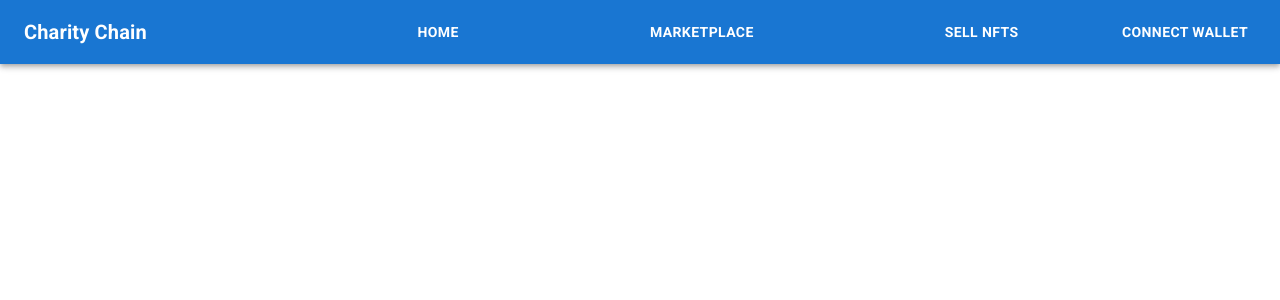
Repository: seanwjcho/charity-chain
Page: /
The author's editor kept a copy of each file at every save. The page is drawn from the files as they stood at one save, then again after the next save.
The browser window is 1280 px wide. The pictures show the whole page.
The project was rebuilt for these pictures with package versions that can differ from the ones it lists, and the page was loaded fresh each time. Also part of the build but not shown: src/App.css, src/components/NFTTile.js, src/components/Profile.js, src/components/NFT.js, src/App.js.

Above is the page before, as saved 2023-05-14 15:41:29.

### public/index.html
<!DOCTYPE html>
<html lang="en">
  <head>
    <meta charset="utf-8" />
    <link rel="icon" href="%PUBLIC_URL%/logo_2.webp" />
    <meta name="viewport" content="width=device-width, initial-scale=1" />
    <meta name="theme-color" content="#000000" />
    <meta
      name="description"
      content="Web site created using create-react-app"
    />
    <link rel="apple-touch-icon" href="%PUBLIC_URL%/logo192.png" />
    <!--
      manifest.json provides metadata used when your web app is installed on a
      user's mobile device or desktop. See https://developers.google.com/web/fundamentals/web-app-manifest/
    -->
    <link rel="preconnect" href="https://fonts.googleapis.com">
    <link rel="preconnect" href="https://fonts.gstatic.com" crossorigin>
    <link href="https://fonts.googleapis.com/css2?family=Open+Sans:wght@500&family=Roboto:wght@700&display=swap" rel="stylesheet">
    <link rel="preconnect" href="https://fonts.googleapis.com">
    <link rel="preconnect" href="https://fonts.gstatic.com" crossorigin>
    <link href="https://fonts.googleapis.com/css2?family=M+PLUS+1p:wght@500&family=Open+Sans:wght@500&family=Roboto:wght@700&display=swap" rel="stylesheet">
    <link rel="manifest" href="%PUBLIC_URL%/manifest.json" />
    <!--
      Notice the use of %PUBLIC_URL% in the tags above.
      It will be replaced with the URL of the `public` folder during the build.
      Only files inside the `public` folder can be referenced from the HTML.

      Unlike "/favicon.ico" or "favicon.ico", "%PUBLIC_URL%/favicon.ico" will
      work correctly both with client-side routing and a non-root public URL.
      Learn how to configure a non-root public URL by running `npm run build`.
    -->
    <title>React App</title>
  </head>
  <body class="">
    <noscript>You need to enable JavaScript to run this app.</noscript>
    <div id="root"></div>
    <!--
      This HTML file is a template.
      If you open it directly in the browser, you will see an empty page.

      You can add webfonts, meta tags, or analytics to this file.
      The build step will place the bundled scripts into the <body> tag.

      To begin the development, run `npm start` or `yarn start`.
      To create a production bundle, use `npm run build` or `yarn build`.
    -->
  </body>
</html>

### src/index.js
import React from 'react';
import ReactDOM from 'react-dom/client';
import './index.css';
import App from './App';
import {
  BrowserRouter,
  Routes,
  Route,
} from "react-router-dom";
import Marketplace from './components/Marketplace';
import Profile from './components/Profile';
import NFT from './components/NFT';

const root = ReactDOM.createRoot(document.getElementById('root'));
root.render(
  <React.StrictMode>
    <BrowserRouter>
      <Routes>
        <Route path="/" element={<Marketplace />}/>
        <Route path="/nft/:tokenId" element={<NFT />}/>
        <Route path="/profile" element={<Profile />}/>
      </Routes>
    </BrowserRouter>
  </React.StrictMode>
);

### src/index.css
@tailwind base;
@tailwind components;
@tailwind utilities;

body {
  margin: 0;
  /*font-family: -apple-system, BlinkMacSystemFont, 'Segoe UI', 'Roboto', 'Oxygen',
    'Ubuntu', 'Cantarell', 'Fira Sans', 'Droid Sans', 'Helvetica Neue',
    sans-serif;*/
  font-family: 'Open Sans',sans-serif;
  /*font-family: 'M PLUS 1p', sans-serif;*/
  -webkit-font-smoothing: antialiased;
  -moz-osx-font-smoothing: grayscale;
  /*background-image: url('./bg.png');*/
  background-size: 200% 180%;
  animation-duration: 3s;
  animation-timing-function: linear;
  animation-delay: 0s;
  animation-iteration-count: infinite;
  animation-direction: normal;
  animation-fill-mode: none;
  animation-play-state: running;
  animation-name: gradientTransform;
  background-repeat: no-repeat;
}

code {
  font-family: source-code-pro, Menlo, Monaco, Consolas, 'Courier New',
    monospace;
}

### src/components/Marketplace.js
import Navbar from "./Navbar";
import NFTTile from "./NFTTile";
import CCMarketplaceJSON from "../CCMarketplace.json";
import { useState } from "react";
//import { GetIpfsUrlFromPinata } from "../utils";

export default function Marketplace() {

//const [dataFetched, updateFetched] = useState(false);


const sampleData = [
    {
        "name": "NFT#1",
        "description": "Alchemy's First NFT",
        "website":"http://axieinfinity.io",
        "image":"https://gateway.pinata.cloud/ipfs/QmTsRJX7r5gyubjkdmzFrKQhHv74p5wT9LdeF1m3RTqrE5",
        "price":"0.03ETH",
        "currentlySelling":"True",
        "address":"0xe81Bf5A757CB4f7F82a2F23b1e59bE45c33c5b13",
    },
    {
        "name": "NFT#2",
        "description": "Alchemy's Second NFT",
        "website":"http://axieinfinity.io",
        "image":"https://gateway.pinata.cloud/ipfs/QmdhoL9K8my2vi3fej97foiqGmJ389SMs55oC5EdkrxF2M",
        "price":"0.03ETH",
        "currentlySelling":"True",
        "address":"0xe81Bf5A757C4f7F82a2F23b1e59bE45c33c5b13",
    },
    {
        "name": "NFT#3",
        "description": "Alchemy's Third NFT",
        "website":"http://axieinfinity.io",
        "image":"https://gateway.pinata.cloud/ipfs/QmTsRJX7r5gyubjkdmzFrKQhHv74p5wT9LdeF1m3RTqrE5",
        "price":"0.03ETH",
        "currentlySelling":"True",
        "address":"0xe81Bf5A757C4f7F82a2F23b1e59bE45c33c5b13",
    },
];

const [data, updateData] = useState(sampleData);



async function getAllNFTs() {
    const ethers = require("ethers");
    //After adding your Hardhat network to your metamask, this code will get providers and signers
    const provider = new ethers.providers.Web3Provider(window.ethereum);
    const signer = provider.getSigner();
    //Pull the deployed contract instance
    let contract = new ethers.Contract(CCMarketplaceJSON.address, CCMarketplaceJSON.abi, signer)
    //create an NFT Token
    let transaction = await contract.getAllNFTs()

    //Fetch all the details of every NFT from the contract and display
    const items = await Promise.all(transaction.map(async i => {
        var tokenURI = await contract.tokenURI(i.tokenId);
        //tokenURI = GetIpfsUrlFromPinata(tokenURI);
        tokenURI = 0;
        //let meta = await axios.get(tokenURI);
        //meta = meta.data;

        let price = ethers.utils.formatUnits(i.price.toString(), 'ether');
        let item = {
            price,
            tokenId: i.tokenId.toNumber(),
            charity: i.charityId,
            owner: i.owner,
            //image: meta.image,
            //name: meta.name,
            //description: meta.description,
        }
        return item;
    }))

    updateFetched(true);
    updateData(items);
}

//if(!dataFetched)
    //getAllNFTs();


return (
    <div>
        <Navbar></Navbar>
        <div className="flex flex-col place-items-center mt-20">
            <div className="md:text-xl font-bold text-white">
                Nft's For Sale
            </div>
            <div className="flex mt-5 justify-between flex-wrap max-w-screen-xl text-center">
                {data.map((value, index) => {
                    <div data={value} key={index}>{value.name}</div>;
                })}
            </div>
        </div>
    </div>
);

}

### src/components/Navbar.js

import {
  BrowserRouter as Router,
  Switch,
  Route,
  Link,
  useRouteMatch,
  useParams
} from "react-router-dom";
import { useEffect, useState } from 'react';
import { useLocation } from 'react-router';
import {ethers} from "ethers";
import * as React from 'react';
import AppBar from '@mui/material/AppBar';
import Box from '@mui/material/Box';
import Toolbar from '@mui/material/Toolbar';
import IconButton from '@mui/material/IconButton';
import Typography from '@mui/material/Typography';
import Menu from '@mui/material/Menu';
import MenuIcon from '@mui/icons-material/Menu';
import Container from '@mui/material/Container';
import Avatar from '@mui/material/Avatar';
import Button from '@mui/material/Button';
import Tooltip from '@mui/material/Tooltip';
import MenuItem from '@mui/material/MenuItem';
import AdbIcon from '@mui/icons-material/Adb';





const Navbar = () => {

  const [connected, toggleConnect] = useState(false);
  const [currAddress, updateAddress] = useState('0x');


  const connectToMetamask = async () => {
    console.log("clicked");
    if (window.ethereum) {
      try {
        await window.ethereum.enable();
      } catch (error) {
        console.log(error);
      }
    }
    const provider = new ethers.providers.Web3Provider(window.ethereum);
    const accounts = await provider.send("eth_requestAccounts", []);
    const signer = provider.getSigner();
    console.log("got signer");
    const address = await signer.getAddress();
    updateAddress(address);
    toggleConnect(true);
    console.log("connected")
}



    return (
      <Box sx={{ flexGrow: 1 }}>
      <AppBar position="static">
        <Toolbar>

          <Typography variant="h6" component="div" sx={{ flexGrow: 1 }}>Charity Chain </Typography>

          <Button color="inherit" href = "/Home" sx={{ flexGrow: 1 }} >Home</Button>
          <Button color="inherit" href = "/" sx={{ flexGrow: 1 }} >Marketplace</Button>
          <Button color="inherit" href = "/sellNFT" sx={{ flexGrow: 1 }}>Sell NFTs</Button>

          {connected ?
                <Box sx = {{flexDirection: 'row'}}>
                <Button color="inherit" href = "/Profile" sx={{ flexGrow: 1 }}>My NFTs</Button>
                <Typography color="inherit" variant="h7" component="div" sx={{ flexGrow: 1 }}>
                  Connected: {currAddress}
                </Typography>
                </Box>
                :
                <Button color="inherit" onClick = {() => connectToMetamask()}>Connect Wallet</Button>
          }



        </Toolbar>
      </AppBar>
    </Box>

    );
  }

  export default Navbar;

### src/CCMarketplace.json
{"address":"0xe7f1725E7734CE288F8367e1Bb143E90bb3F0512","abi":[{"type":"constructor","payable":false,"inputs":[]},{"type":"event","anonymous":false,"name":"TokenListedSuccess","inputs":[{"type":"uint256","name":"tokenId","indexed":true},{"type":"address","name":"token","indexed":false},{"type":"address","name":"owner","indexed":false},{"type":"uint256","name":"charityId","indexed":false},{"type":"address","name":"artist","indexed":false},{"type":"uint256","name":"price","indexed":false},{"type":"bool","name":"currentlyListed","indexed":false}]},{"type":"function","name":"addCharity","constant":false,"payable":false,"inputs":[{"type":"address","name":"_charityAddress"},{"type":"string","name":"_charityName"}],"outputs":[]},{"type":"function","name":"createListedToken","constant":false,"payable":false,"inputs":[{"type":"address","name":"token"},{"type":"uint256","name":"tokenId"},{"type":"uint256","name":"charityId"},{"type":"uint256","name":"price"}],"outputs":[]},{"type":"function","name":"currentcharityId","constant":true,"stateMutability":"view","payable":false,"inputs":[],"outputs":[{"type":"uint256"}]},{"type":"function","name":"executeSale","constant":false,"stateMutability":"payable","payable":true,"inputs":[{"type":"uint256","name":"tokenId"}],"outputs":[]},{"type":"function","name":"getAllNFTs","constant":true,"stateMutability":"view","payable":false,"inputs":[],"outputs":[{"type":"tuple[]","components":[{"type":"uint256","name":"tokenId"},{"type":"address","name":"token"},{"type":"address","name":"owner"},{"type":"uint256","name":"charityId"},{"type":"address","name":"artist"},{"type":"uint256","name":"price"},{"type":"bool","name":"currentlyListed"}]}]},{"type":"function","name":"getCurrentToken","constant":true,"stateMutability":"view","payable":false,"inputs":[],"outputs":[{"type":"uint256"}]},{"type":"function","name":"getLatestIdToListedToken","constant":true,"stateMutability":"view","payable":false,"inputs":[],"outputs":[{"type":"tuple","components":[{"type":"uint256","name":"tokenId"},{"type":"address","name":"token"},{"type":"address","name":"owner"},{"type":"uint256","name":"charityId"},{"type":"address","name":"artist"},{"type":"uint256","name":"price"},{"type":"bool","name":"currentlyListed"}]}]},{"type":"function","name":"getListedTokenForId","constant":true,"stateMutability":"view","payable":false,"inputs":[{"type":"uint256","name":"tokenId"}],"outputs":[{"type":"tuple","components":[{"type":"uint256","name":"tokenId"},{"type":"address","name":"token"},{"type":"address","name":"owner"},{"type":"uint256","name":"charityId"},{"type":"address","name":"artist"},{"type":"uint256","name":"price"},{"type":"bool","name":"currentlyListed"}]}]},{"type":"function","name":"getMyNFTs","constant":true,"stateMutability":"view","payable":false,"inputs":[],"outputs":[{"type":"tuple[]","components":[{"type":"uint256","name":"tokenId"},{"type":"address","name":"token"},{"type":"address","name":"owner"},{"type":"uint256","name":"charityId"},{"type":"address","name":"artist"},{"type":"uint256","name":"price"},{"type":"bool","name":"currentlyListed"}]}]}]}

Loaded but not shown: tailwind.config.js (common file)

After the next save:
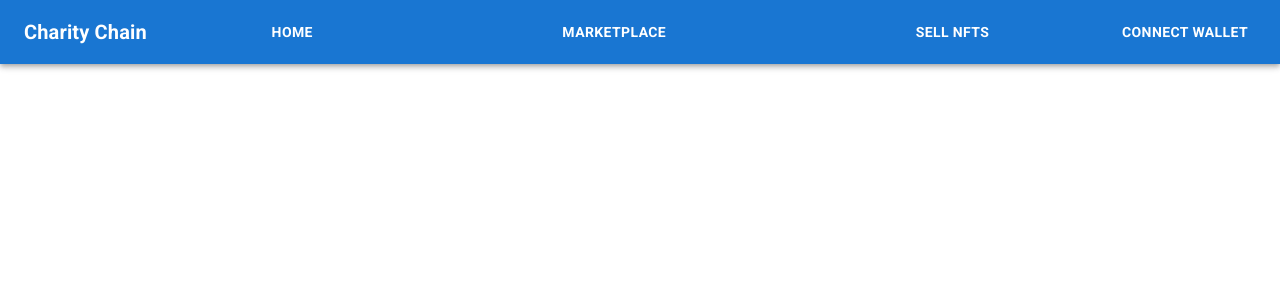
Saved 44 s later.
--- a/src/components/Navbar.js
+++ b/src/components/Navbar.js
@@ -61,7 +61,7 @@ const Navbar = () => {
       <AppBar position="static">
         <Toolbar>
 
-          <Typography variant="h6" component="div" sx={{ flexGrow: 1 }}>Charity Chain </Typography>
+          <Typography variant="h6" component="div">Charity Chain </Typography>
 
           <Button color="inherit" href = "/Home" sx={{ flexGrow: 1 }} >Home</Button>
           <Button color="inherit" href = "/" sx={{ flexGrow: 1 }} >Marketplace</Button>
